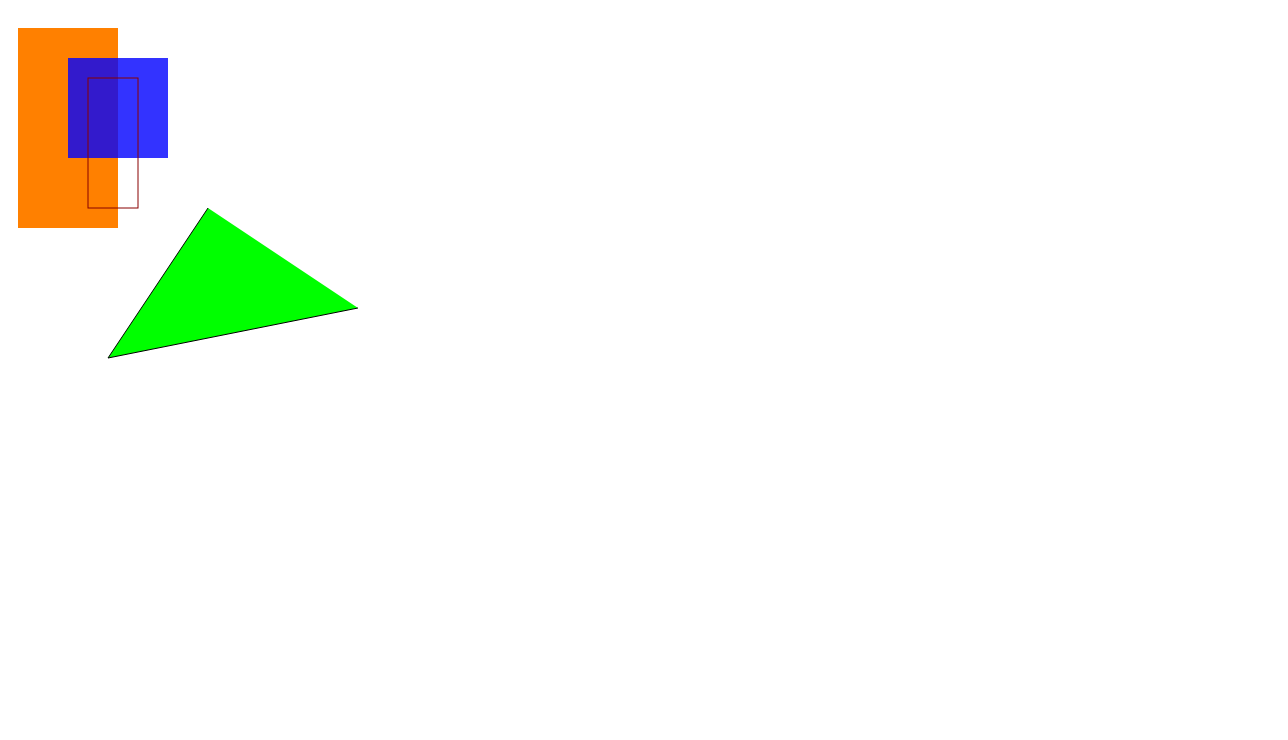
Repository: msminsu/msminsu.github.io
Page: canvas.html
These files come from the project's save history. The page is drawn as it stood at one moment and after the next save; the edit follows.
The browser window is 1280 px wide. The page is 1288 px wide, so the pictures cover 1288 px, including what lies to the right of the window. The pictures show the whole page.

Above is the page before, as saved 2018-07-23 15:52:22.

### canvas.html
<!DOCTYPE html>
<html lang="en">
<head>
    <meta charset="UTF-8">
    <meta name="viewport" content="width=device-width, initial-scale=1.0">
    <meta http-equiv="X-UA-Compatible" content="ie=edge">
    <title>Document</title>
</head>
<body>
    <canvas id="canvas">

    </canvas>
</body>
<script>

    var canvas= document.getElementById('canvas'),
    context = canvas.getContext('2d'),
    width=window.innerWidth,
    height=window.innerHeight,
    ratio = window.devicePixelRatio;

    canvas.width= width * ratio;
    canvas.height= height * ratio;
    canvas.style.width = width +'px';
    canvas.style.height= height +'px';
    context.scale(ratio, ratio);

    context.fillStyle = "rgb(255,128, 0)";
    context.fillRect(10,20,100,200);

    context.fillStyle = "rgb(0,0,255,0.8)";
    context.fillRect(60,50,100,100);

context.strokeStyle="#800"
    context.strokeRect(80,70, 50, 130);


context.beginPath();
context.moveTo(200,200);
context.lineTo(100,350);
context.lineTo(350,300);

context.fillStyle  = "#0f0";
context.fill();

context.strokeStyle = "#000";
context.stroke();
</script>
</html>

After the next save:
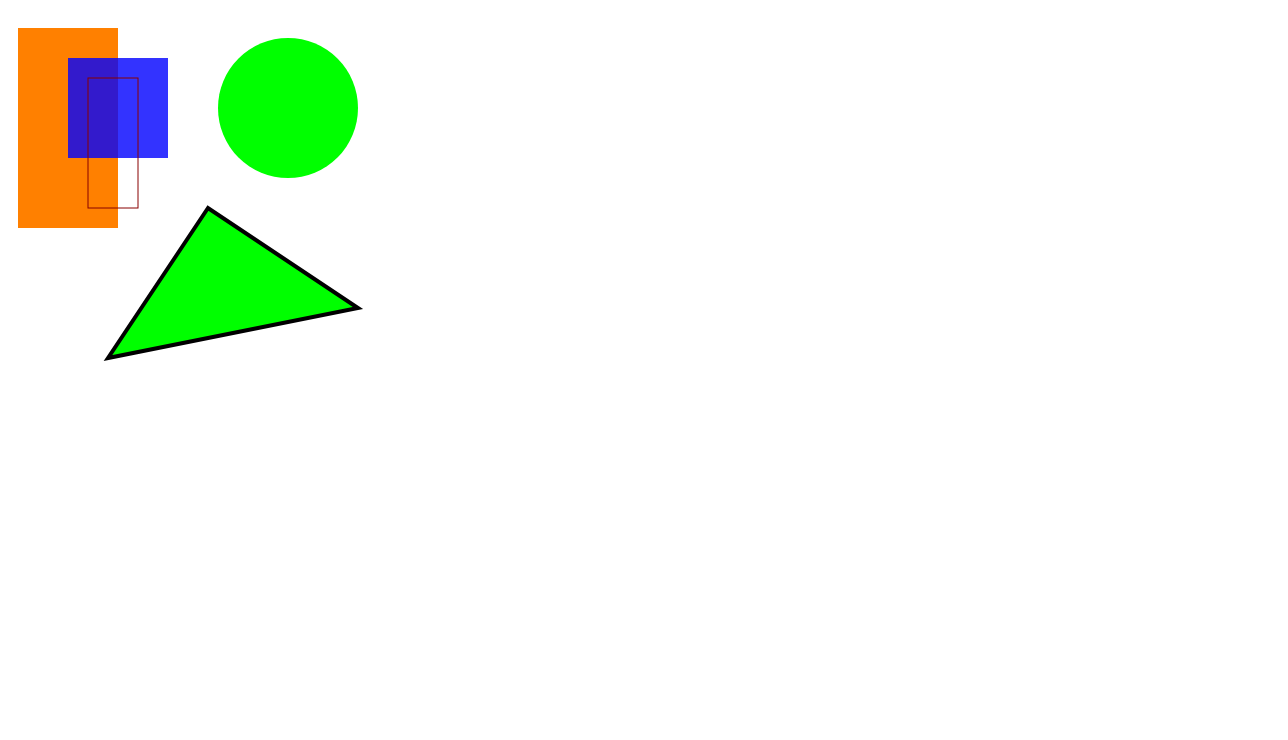
Saved 71 s later.
--- a/canvas.html
+++ b/canvas.html
@@ -39,11 +39,17 @@ context.beginPath();
 context.moveTo(200,200);
 context.lineTo(100,350);
 context.lineTo(350,300);
+context.closePath();
 
 context.fillStyle  = "#0f0";
 context.fill();
 
 context.strokeStyle = "#000";
+context.lineWidth = 4;
 context.stroke();
+
+context.beginPath();
+context.arc(280, 100, 70, 0, 2*Math.PI);
+context.fill();
 </script>
 </html>
